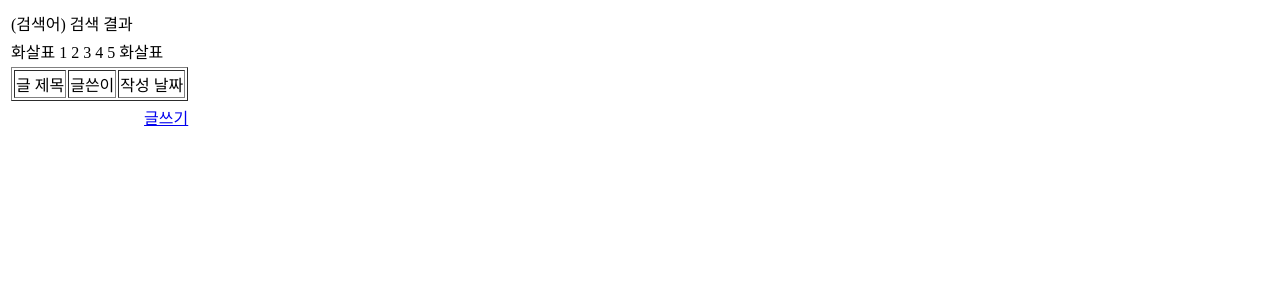
Repository: GOHO97/Haheeho
Page: http://localhost/Haheeho_Adblock/WEB-INF/views/board/board.jsp
An editor plug-in stored every save of this project. The page is shown before and after the next save, followed by the edit.
The browser window is 1280 px wide. The pictures show the whole page.
The page is served by Tomcat 9. Nobody is signed in. The template is opened directly, without the code that normally fills it, so the values that code supplies are empty.

Above is the page before, as saved 2022-10-31 02:00:14.

After the next save:
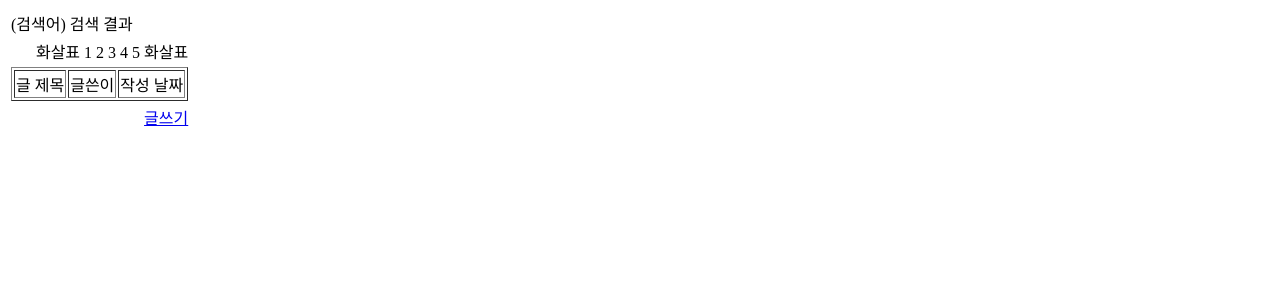
Saved 31 s later.
--- a/Haheeho_Adblock/src/main/webapp/WEB-INF/views/board/board.jsp
+++ b/Haheeho_Adblock/src/main/webapp/WEB-INF/views/board/board.jsp
@@ -9,12 +9,12 @@
 <body>
 	<table>
 		<tr>
-			<td>
+			<td align="left">
 				(검색어) 검색 결과
 			</td>
 		</tr>
 		<tr>
-			<td>
+			<td align="right">
 				화살표 1 2 3 4 5 화살표
 			</td>
 		</tr>
